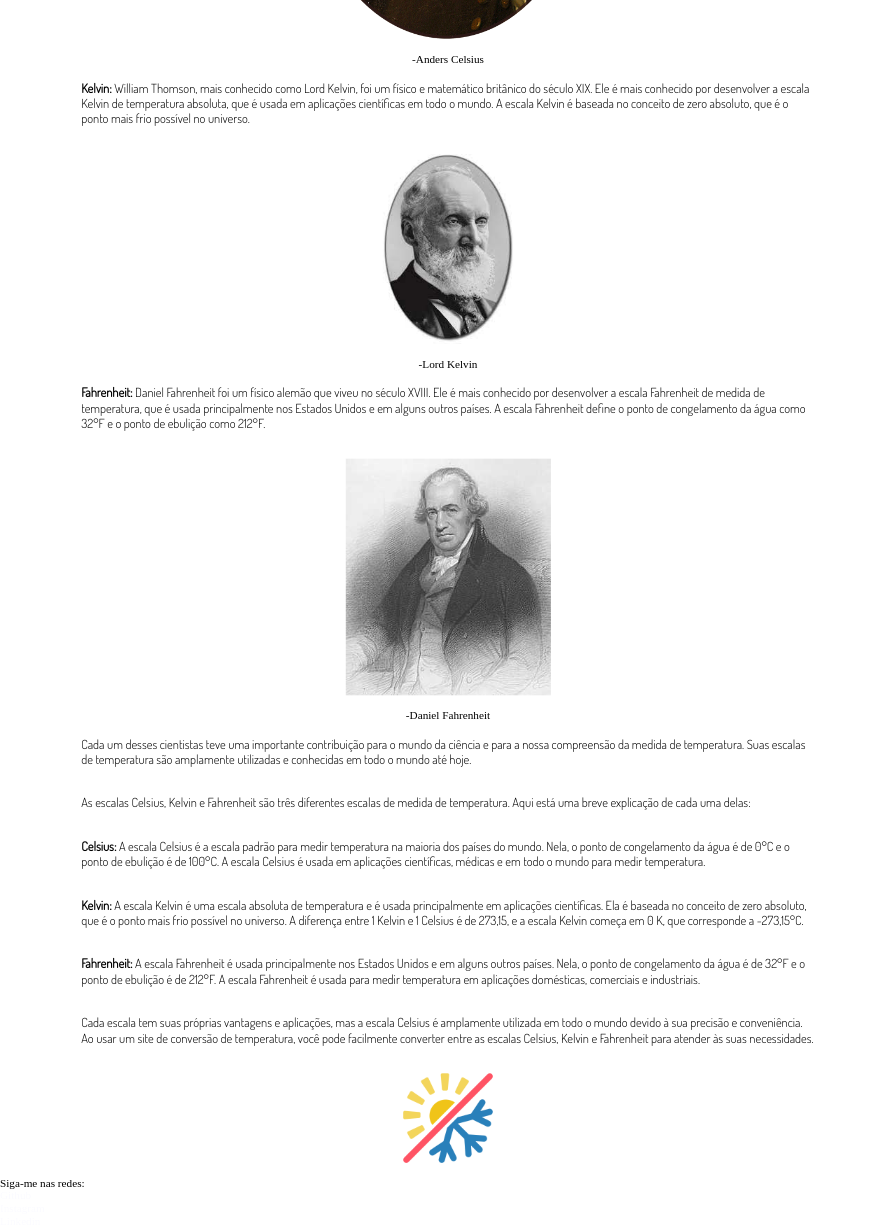
Repository: Leonngc/Conversor-de-temperatura
Page: history.html
The author's editor kept a copy of each file at every save. The page is drawn from the files as they stood at one save, then again after the next save.
The browser window is 1280 px wide. The pictures show the part of the page from y = 1095 to 3015 px (the page is 2849 px tall before and 3015 px after), at 70% of full size.
Some icons come from a web library that is not loaded, so they are not drawn.

Above is the page before, as saved 2023-02-12 01:11:36.

### history.html
<!DOCTYPE html>
<html lang="pt-br">
  <head>
    <meta charset="UTF-8" />
    <meta http-equiv="X-UA-Compatible" content="IE=edge" />
    <meta name="viewport" content="width=device-width, initial-scale=1.0" />
    <link
      rel="stylesheet"
      href="https://cdn-uicons.flaticon.com/uicons-bold-straight/css/uicons-bold-straight.css"
    />
    <link
      rel="stylesheet"
      href="https://cdn-uicons.flaticon.com/uicons-brands/css/uicons-brands.css"
    />
    <link rel="stylesheet" href="history.css" />
    <script src="scripts/menu.js" defer></script>
    <title>História</title>
  </head>
  <body>
    <header>
      <h1>Conversor de Temperatura</h1>
      <img src="image/urso-polar.png" alt="" /><button id="menu-button">
        <i class="fi fi-bs-menu-burger"></i>
      </button>

      <menu>
        <ul id="links-menu">
          <li><a href="about.html">Sobre a página</a></li>
          <li><a href="history.html">História</a></li>
          <li><a href="projects.html">Outros Projetos</a></li>
        </ul>
      </menu>
    </header>
    <main>
      <h2>História</h2>

      <article>
        <p>Celsius, Kelvin e Fahrenheit são nomes de três cientistas que desenvolveram as escalas de temperatura que levaram seus nomes. Aqui está uma breve introdução sobre cada um deles:</p>

<p><strong>Celsius:</strong> Anders Celsius foi um astrônomo sueco que viveu no início do século XVIII. Ele é mais conhecido por desenvolver a escala Celsius de medida de temperatura, que é amplamente usada em todo o mundo hoje. A escala Celsius é também conhecida como "escala centígrada" porque divide a diferença entre o ponto de congelamento e o ponto de ebulição da água em 100 partes iguais.</p>


<div>
    <img src="image/celsius.png" alt="Imagem de Anders Celsius" style="width: 35vw;"> <legend>-Anders Celsius</legend>
</div>

<p><strong>Kelvin:</strong> William Thomson, mais conhecido como Lord Kelvin, foi um físico e matemático britânico do século XIX. Ele é mais conhecido por desenvolver a escala Kelvin de temperatura absoluta, que é usada em aplicações científicas em todo o mundo. A escala Kelvin é baseada no conceito de zero absoluto, que é o ponto mais frio possível no universo.</p>


<div>
    <img src="image/kelvin.jpeg" alt="Kelvin imagem"> <legend>-Lord Kelvin</legend>
</div>

<p><strong>Fahrenheit:</strong> Daniel Fahrenheit foi um físico alemão que viveu no século XVIII. Ele é mais conhecido por desenvolver a escala Fahrenheit de medida de temperatura, que é usada principalmente nos Estados Unidos e em alguns outros países. A escala Fahrenheit define o ponto de congelamento da água como 32°F e o ponto de ebulição como 212°F.</p>
<div>
    <img src="image/fahrenheit.jpg" alt="Fahrenheit imagem"> <legend>-Daniel Fahrenheit</legend>
  </div>

<p>Cada um desses cientistas teve uma importante contribuição para o mundo da ciência e para a nossa compreensão da medida de temperatura. Suas escalas de temperatura são amplamente utilizadas e conhecidas em todo o mundo até hoje.</p>
      </article>

      <article>
        <p>
          As escalas Celsius, Kelvin e Fahrenheit são três diferentes escalas de
          medida de temperatura. Aqui está uma breve explicação de cada uma
          delas:
        </p>

        <p>
          <strong>Celsius:</strong> A escala Celsius é a escala padrão para
          medir temperatura na maioria dos países do mundo. Nela, o ponto de
          congelamento da água é de 0°C e o ponto de ebulição é de 100°C. A
          escala Celsius é usada em aplicações científicas, médicas e em todo o
          mundo para medir temperatura.
        </p>

        <p>
          <strong>Kelvin:</strong> A escala Kelvin é uma escala absoluta de
          temperatura e é usada principalmente em aplicações científicas. Ela é
          baseada no conceito de zero absoluto, que é o ponto mais frio possível
          no universo. A diferença entre 1 Kelvin e 1 Celsius é de 273,15, e a
          escala Kelvin começa em 0 K, que corresponde a -273,15°C.
        </p>
        <p>
          <strong>Fahrenheit:</strong> A escala Fahrenheit é usada
          principalmente nos Estados Unidos e em alguns outros países. Nela, o
          ponto de congelamento da água é de 32°F e o ponto de ebulição é de
          212°F. A escala Fahrenheit é usada para medir temperatura em
          aplicações domésticas, comerciais e industriais.
        </p>

        <p>
          Cada escala tem suas próprias vantagens e aplicações, mas a escala
          Celsius é amplamente utilizada em todo o mundo devido à sua precisão e
          conveniência. Ao usar um site de conversão de temperatura, você pode
          facilmente converter entre as escalas Celsius, Kelvin e Fahrenheit
          para atender às suas necessidades.
        </p><div>
            <img src="image/temperaturas.png" alt="">
        </div>
      </article>
    </main>

    <footer>
        <p>Siga-me nas redes: </p>
        <ul>
            <li><i class="fi fi-brands-github"></i> <a href="https://github.com/Leonngc" target="_blank">Github</a></i></li>
            <li><i class="fi fi-brands-instagram"></i> <a href="https://www.instagram.com/leonn_gc/" target="_blank">Instagram</a></li>
            <li><i class="fi fi-brands-linkedin"></i> <a href="inkedin.com/in/nicolas-leon-70038921b/" target="_blank">Linkedin</a></li>
        </ul>
    </footer>
  </body>
</html>

### history.css
@charset "UTF-8";
@import url('https://fonts.googleapis.com/css2?family= Dosis:wght@300 & display = swap');
@font-face {
    font-family: Title;
    src: url(fonts/IceCaps.ttf);
}

:root{
    --yellow: #F7FF58;
    --snow: #FBFBFF;
    --blackout: #040F16;
    --dosis: 'Dosis', sans-serif;
}

*{
    margin: 0;
    padding: 0;
    box-sizing: border-box;
}

header{
    background-color: #04A777;
    margin-bottom: 140px;
    max-width: 100vw;
    color: white;
    height: 27vh;
}

header > img{
    display: block;
    width: 38px;
}

header > h1{
    font-family: Title, sans-serif;
    font-weight: lighter;
    text-align: center;
    font-size: 35px;
    padding-top: 40px;
}

menu{
    background-color: #05C78D;
    padding: 10px;
    max-width: 100vw;
    display: none;
}

menu > ul{
    margin-left: 20px;
    font-size: 20px;
    font-family: var(--dosis);
    font-weight: bold;
    color: white;
}

menu > ul > li{
    padding: 5px;
}

li > a{
    text-decoration: none;
    color: #FBFBFF;
}

li > a:hover{
    color: #03583e;
    text-decoration: underline;
}

#menu-button{
    background-color: #03583e00;
    border: none;
    color: white;
    font-size: 40px;
    margin-left: 15px;
    margin-bottom: 12px;
}

main{
    margin: auto;
    width: 85vw;
}

main > h2{
    text-align: center;
    font-family: var(--dosis);
    padding: 20px;
}

article > p{
    font-family: var(--dosis);
    font-size: 18px;
    padding: 20px;
}

div > img{
    display: block;
    margin: auto;
    padding: 20px;
}

legend{
    text-align: center;
}

### scripts/menu.js
const menu = document.getElementById('menu-button');
const linkMenu = document.querySelector('menu')


menu.addEventListener('click', event =>{


    if(linkMenu.style.display =='none'){
        linkMenu.style.display = 'block'
    }else{
           linkMenu.style.display = 'none';
    }
})

After the next save:
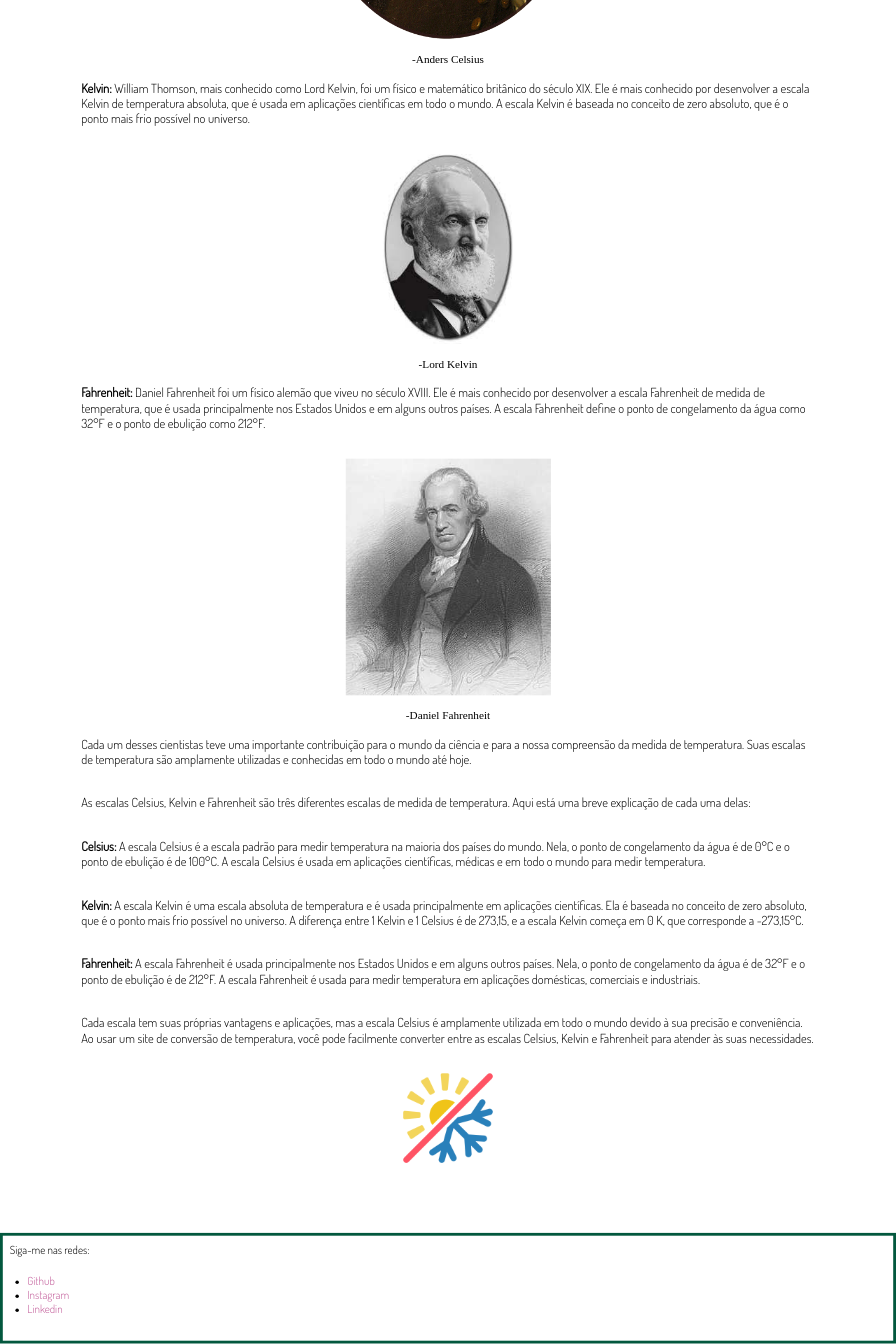
Saved 21 s later.
--- a/history.css
+++ b/history.css
@@ -103,3 +103,21 @@ div > img{
 legend{
     text-align: center;
 }
+
+
+
+footer{
+    margin-top: 80px;
+    padding: 10px;
+    border: 4px solid #03583e;
+    font-size: 16px;
+    font-family: var(--dosis);
+}
+
+footer > ul{
+    padding: 25px;
+}
+
+footer > ul > li > a{
+    color: rgb(193, 90, 152);
+    font
